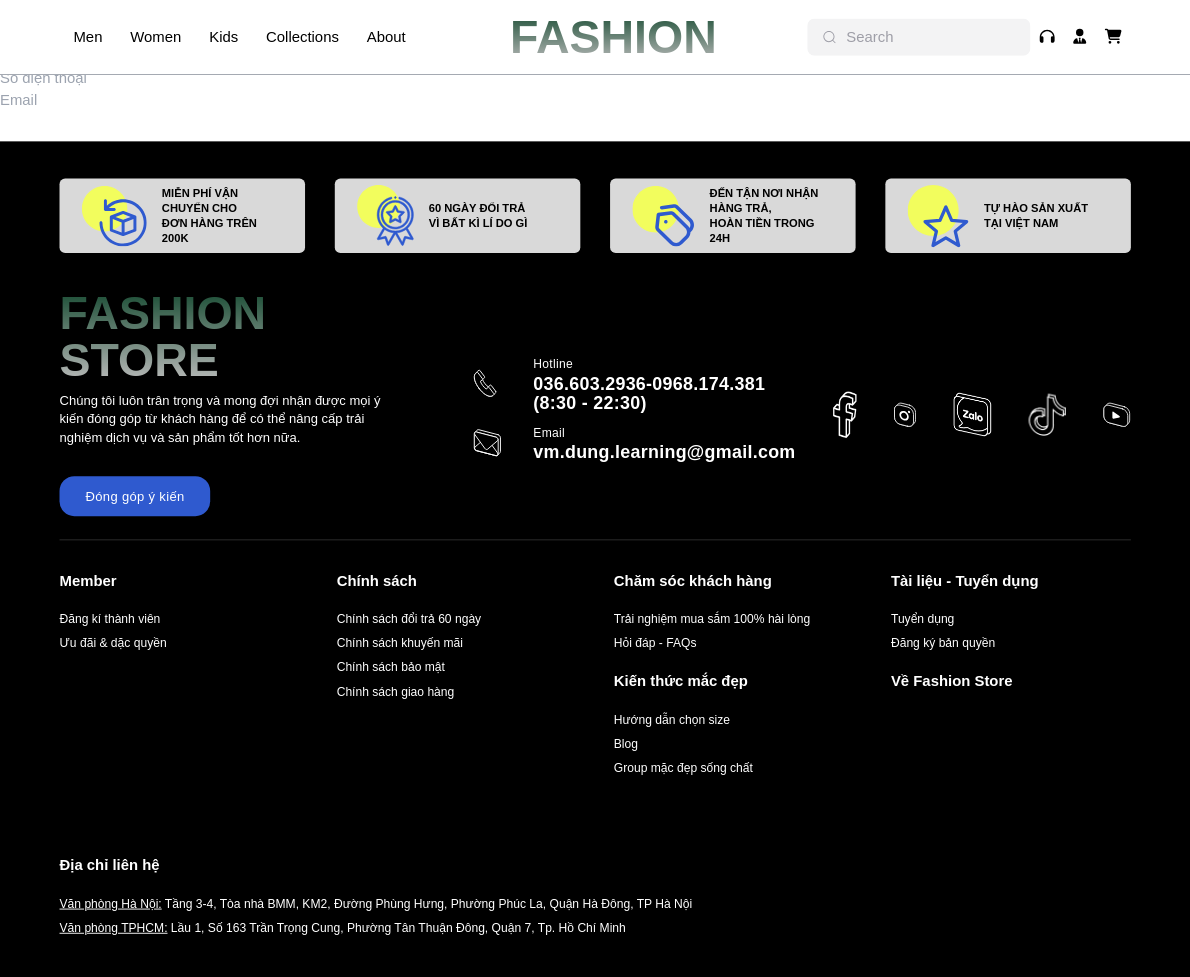
Repository: VuSnow/Software_Engineering
Page: /CartPayment
The author's editor kept a copy of each file at every save. The page is drawn from the files as they stood at one save, then again after the next save.
The browser window is 1280 px wide. The pictures show the whole page, at 93% of full size.
The project was rebuilt for these pictures with package versions that can differ from the ones it lists, and the page was loaded fresh each time. The framework's server and built-in components were replaced by stand-ins that run in the browser. Also part of the build but not shown: next.config.js, src/components/cart/CartItem/CartItem.tsx, src/components/cart/Cart.tsx, src/app/Login/page.tsx, src/app/register/page.tsx, src/app/forgorPassword/page.tsx.

Above is the page before, as saved 2023-06-27 12:54:44.

After the next save:
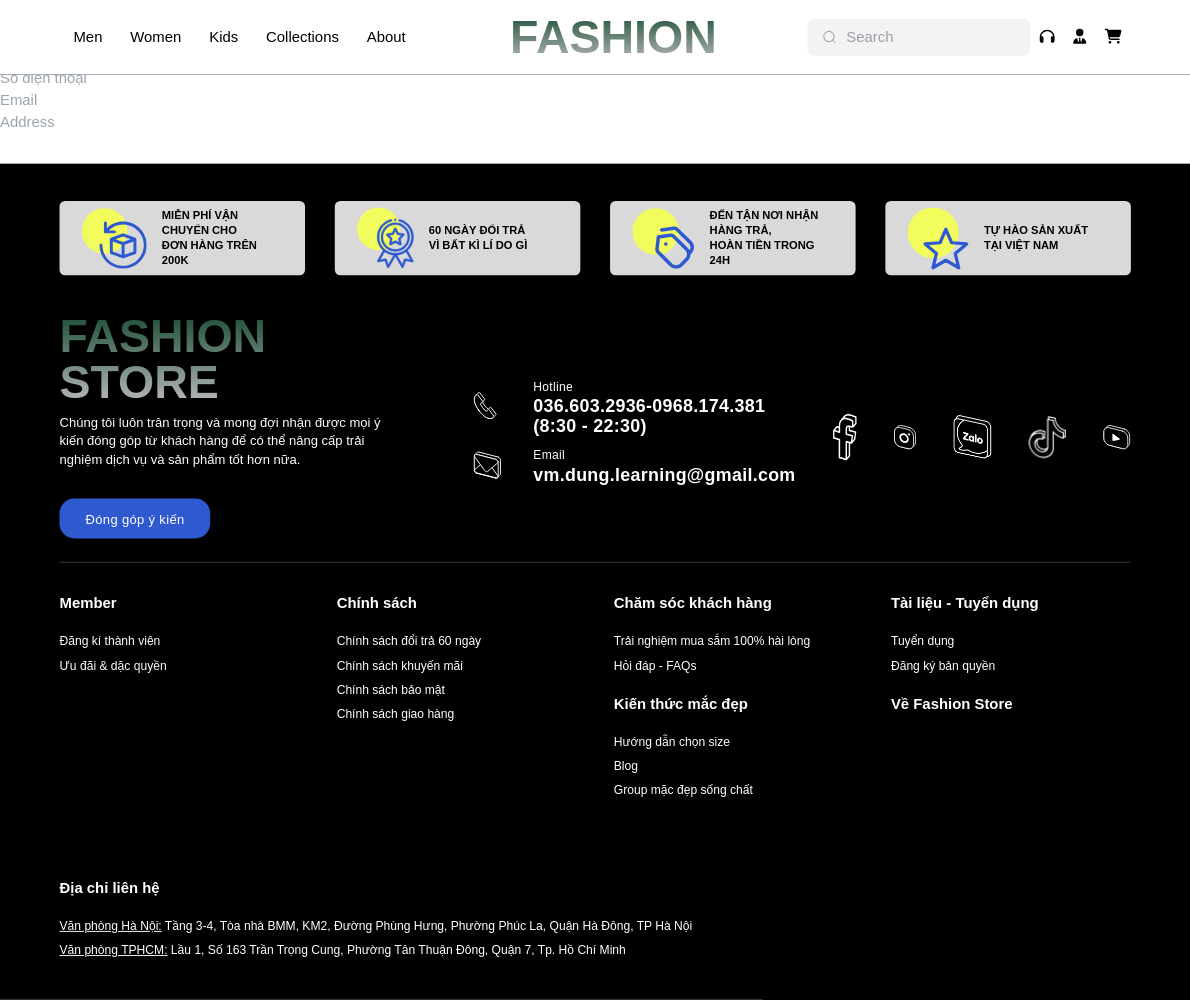
Saved 83 s later.
--- a/src/app/CartPayment/page.tsx
+++ b/src/app/CartPayment/page.tsx
@@ -40,6 +40,14 @@
                     className="form-control"
                   />
                 </div>
+                <div className="address">
+                  <input
+                    type="text"
+                    name="address"
+                    placeholder="Address"
+                    className="form-control"
+                  />
+                </div>
               </div>
             </div>
             <div className="payment-method"></div>
